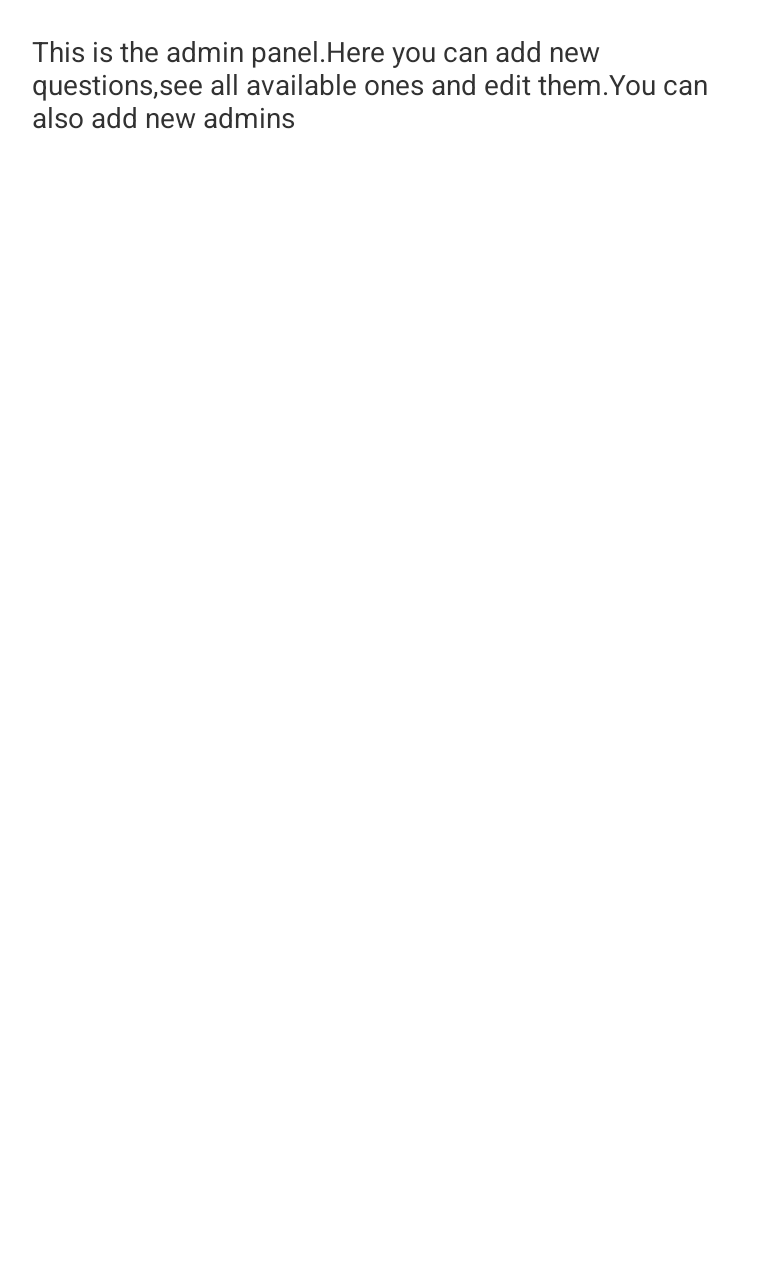
Repository: Sharkeysps/AndroidProjects
Layout: AndroidQuiz/Quiz/res/layout/activity_admin_panel.xml
These files come from the project's save history. The layout is drawn as it stood at one moment and after the next save; the edit follows.
It is drawn on a 768 x 1280 px phone screen (xhdpi) without system bars, with theme AppTheme; the app's code is not run.

Above is the layout before, as saved 2014-02-01 06:10:37.

### AndroidQuiz/Quiz/res/layout/activity_admin_panel.xml
<RelativeLayout xmlns:android="http://schemas.android.com/apk/res/android"
    xmlns:tools="http://schemas.android.com/tools"
    android:layout_width="match_parent"
    android:layout_height="match_parent"
    android:paddingBottom="@dimen/activity_vertical_margin"
    android:paddingLeft="@dimen/activity_horizontal_margin"
    android:paddingRight="@dimen/activity_horizontal_margin"
    android:paddingTop="@dimen/activity_vertical_margin"
    tools:context=".AdminPanel" >

    <TextView
        android:layout_width="wrap_content"
        android:layout_height="wrap_content"
        android:text="@string/adminPanelText" />

</RelativeLayout>

### AndroidQuiz/Quiz/res/values/strings.xml
<?xml version="1.0" encoding="utf-8"?>
<resources>

    <string name="app_name">Quiz</string>
    <string name="action_settings">Settings</string>
    <string name="hello_world">Hello world!</string>
    <string name="title_activity_register_user">RegisterUserActivity</string>
    <string name="title_activity_all_questions_browser">AllQuestionsBrowser</string>
    <string name="title_activity_edit_question">EditQuestion</string>
    <string name="title_activity_admin_panel">AdminPanel</string>
    <string name="adminPanelText">This is the admin panel.Here you can add new questions,see all available ones and edit them.You can also add new admins</string>

</resources>

Loaded but not shown: AndroidQuiz/Quiz/res/values/styles.xml (common file); AndroidQuiz/Quiz/res/values-v11/styles.xml (common file); AndroidQuiz/Quiz/res/values-v14/styles.xml (common file); AndroidQuiz/Quiz/res/values/dimens.xml (common file)

After the next save:
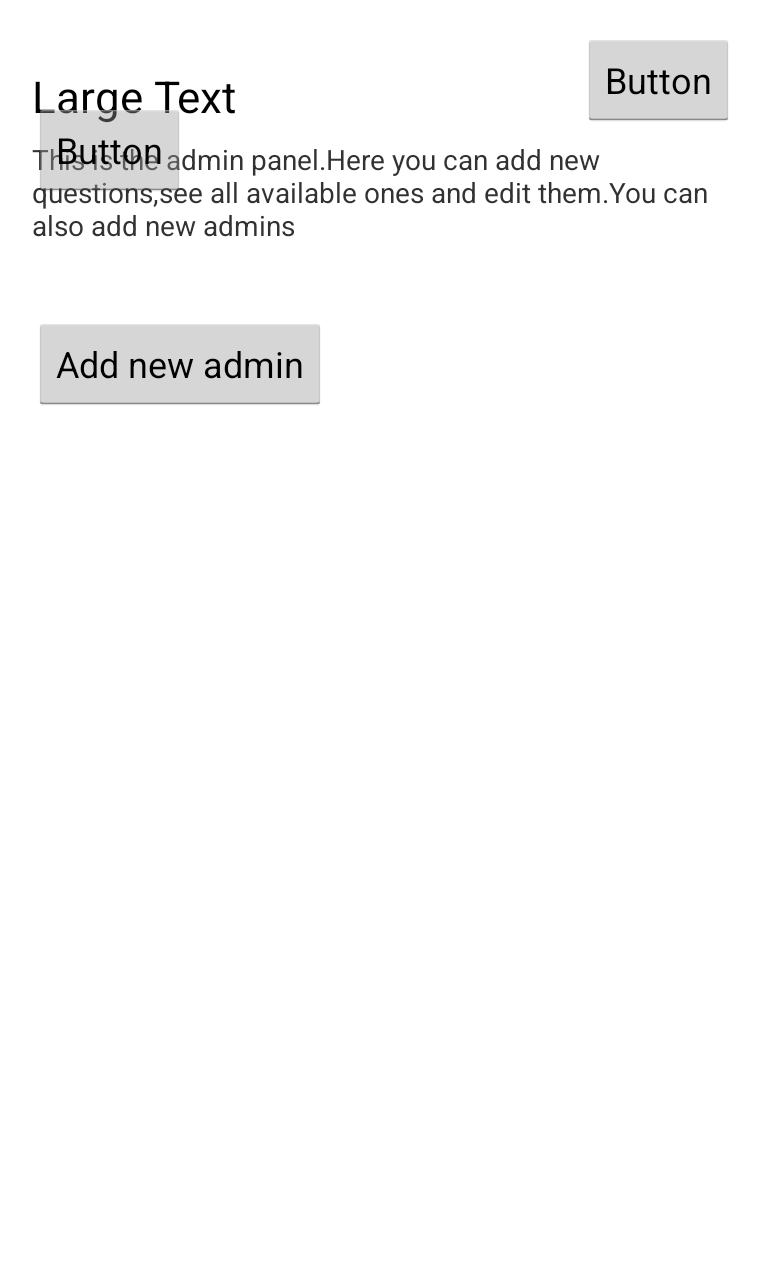
Saved 2 min 12 s later.
--- a/AndroidQuiz/Quiz/res/layout/activity_admin_panel.xml
+++ b/AndroidQuiz/Quiz/res/layout/activity_admin_panel.xml
@@ -9,8 +9,49 @@
     tools:context=".AdminPanel" >
 
     <TextView
+        android:id="@+id/textView2"
         android:layout_width="wrap_content"
         android:layout_height="wrap_content"
+        android:layout_alignParentTop="true"
+        android:layout_centerHorizontal="true"
+        android:layout_marginTop="54dp"
         android:text="@string/adminPanelText" />
 
+    <TextView
+        android:id="@+id/textView1"
+        android:layout_width="wrap_content"
+        android:layout_height="wrap_content"
+        android:layout_alignLeft="@+id/textView2"
+        android:layout_alignParentTop="true"
+        android:layout_marginTop="17dp"
+        android:text="Large Text"
+        android:textAppearance="?android:attr/textAppearanceLarge" />
+
+    <Button
+        android:id="@+id/addAdmin"
+        android:layout_width="wrap_content"
+        android:layout_height="wrap_content"
+        android:layout_alignLeft="@+id/textView2"
+        android:layout_below="@+id/textView2"
+        android:layout_marginTop="36dp"
+        android:text="Add new admin" />
+
+    <Button
+        android:id="@+id/button2"
+        android:layout_width="wrap_content"
+        android:layout_height="wrap_content"
+        android:layout_alignBaseline="@+id/button1"
+        android:layout_alignBottom="@+id/button1"
+        android:layout_alignRight="@+id/textView2"
+        android:text="Button" />
+
+    <Button
+        android:id="@+id/button3"
+        android:layout_width="wrap_content"
+        android:layout_height="wrap_content"
+        android:layout_alignLeft="@+id/button1"
+        android:layout_below="@+id/button1"
+        android:layout_marginTop="35dp"
+        android:text="Button" />
+
 </RelativeLayout>
